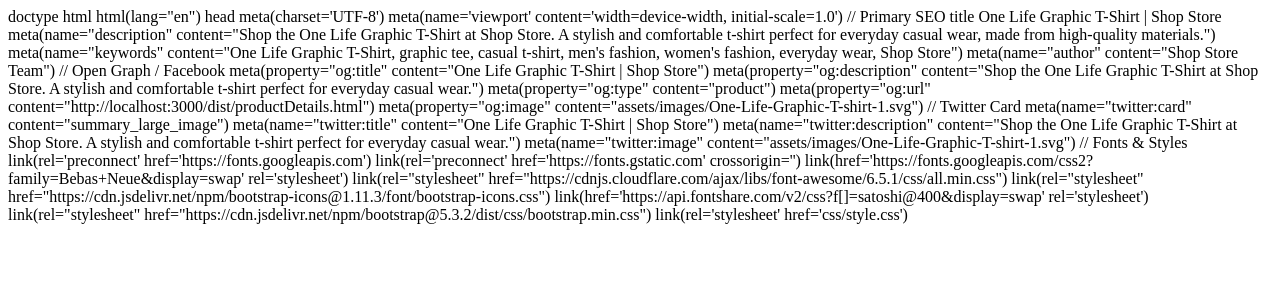
Repository: Esraa-Mahmoud-Mohamed/hamburger-restaurant-website
Page: dist/signup.html
An editor plug-in stored every save of this project. The page is shown before and after the next save, followed by the edit.
The browser window is 1280 px wide. The pictures show the whole page.

Above is the page before, as saved 2025-10-06 18:24:06.

### dist/signup.html
doctype html
html(lang="en")
    head
        meta(charset='UTF-8')
        meta(name='viewport' content='width=device-width, initial-scale=1.0')

        // Primary SEO
        title One Life Graphic T-Shirt | Shop Store
        meta(name="description" content="Shop the One Life Graphic T-Shirt at Shop Store. A stylish and comfortable t-shirt perfect for everyday casual wear, made from high-quality materials.")
        meta(name="keywords" content="One Life Graphic T-Shirt, graphic tee, casual t-shirt, men's fashion, women's fashion, everyday wear, Shop Store")
        meta(name="author" content="Shop Store Team")

        // Open Graph / Facebook
        meta(property="og:title" content="One Life Graphic T-Shirt | Shop Store")
        meta(property="og:description" content="Shop the One Life Graphic T-Shirt at Shop Store. A stylish and comfortable t-shirt perfect for everyday casual wear.")
        meta(property="og:type" content="product")
        meta(property="og:url" content="http://localhost:3000/dist/productDetails.html")
        meta(property="og:image" content="assets/images/One-Life-Graphic-T-shirt-1.svg")

        // Twitter Card
        meta(name="twitter:card" content="summary_large_image")
        meta(name="twitter:title" content="One Life Graphic T-Shirt | Shop Store")
        meta(name="twitter:description" content="Shop the One Life Graphic T-Shirt at Shop Store. A stylish and comfortable t-shirt perfect for everyday casual wear.")
        meta(name="twitter:image" content="assets/images/One-Life-Graphic-T-shirt-1.svg")

        // Fonts & Styles
        link(rel='preconnect' href='https://fonts.googleapis.com')
        link(rel='preconnect' href='https://fonts.gstatic.com' crossorigin='')
        link(href='https://fonts.googleapis.com/css2?family=Bebas+Neue&display=swap' rel='stylesheet')
        link(rel="stylesheet" href="https://cdnjs.cloudflare.com/ajax/libs/font-awesome/6.5.1/css/all.min.css")
        link(rel="stylesheet" href="https://cdn.jsdelivr.net/npm/bootstrap-icons@1.11.3/font/bootstrap-icons.css")
        link(href='https://api.fontshare.com/v2/css?f[]=satoshi@400&display=swap' rel='stylesheet')
        link(rel="stylesheet" href="https://cdn.jsdelivr.net/npm/bootstrap@5.3.2/dist/css/bootstrap.min.css")
        link(rel='stylesheet' href='css/style.css')

After the next save:
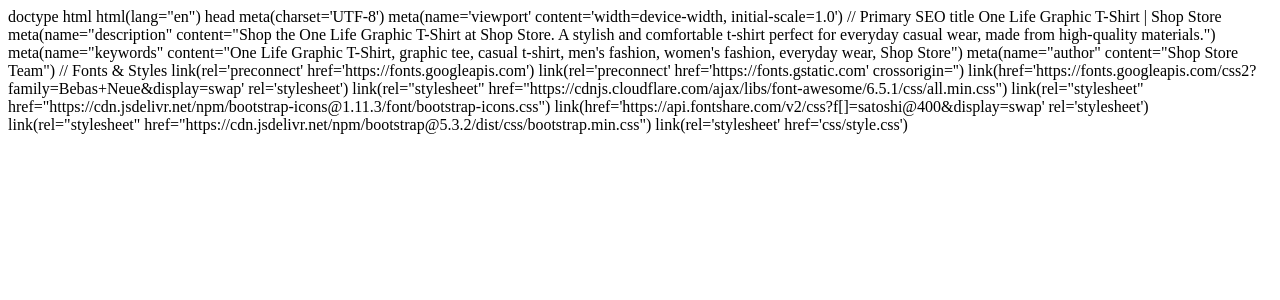
Saved 17 s later.
--- a/dist/signup.html
+++ b/dist/signup.html
@@ -10,19 +10,6 @@ html(lang="en")
         meta(name="keywords" content="One Life Graphic T-Shirt, graphic tee, casual t-shirt, men's fashion, women's fashion, everyday wear, Shop Store")
         meta(name="author" content="Shop Store Team")
 
-        // Open Graph / Facebook
-        meta(property="og:title" content="One Life Graphic T-Shirt | Shop Store")
-        meta(property="og:description" content="Shop the One Life Graphic T-Shirt at Shop Store. A stylish and comfortable t-shirt perfect for everyday casual wear.")
-        meta(property="og:type" content="product")
-        meta(property="og:url" content="http://localhost:3000/dist/productDetails.html")
-        meta(property="og:image" content="assets/images/One-Life-Graphic-T-shirt-1.svg")
-
-        // Twitter Card
-        meta(name="twitter:card" content="summary_large_image")
-        meta(name="twitter:title" content="One Life Graphic T-Shirt | Shop Store")
-        meta(name="twitter:description" content="Shop the One Life Graphic T-Shirt at Shop Store. A stylish and comfortable t-shirt perfect for everyday casual wear.")
-        meta(name="twitter:image" content="assets/images/One-Life-Graphic-T-shirt-1.svg")
-
         // Fonts & Styles
         link(rel='preconnect' href='https://fonts.googleapis.com')
         link(rel='preconnect' href='https://fonts.gstatic.com' crossorigin='')
